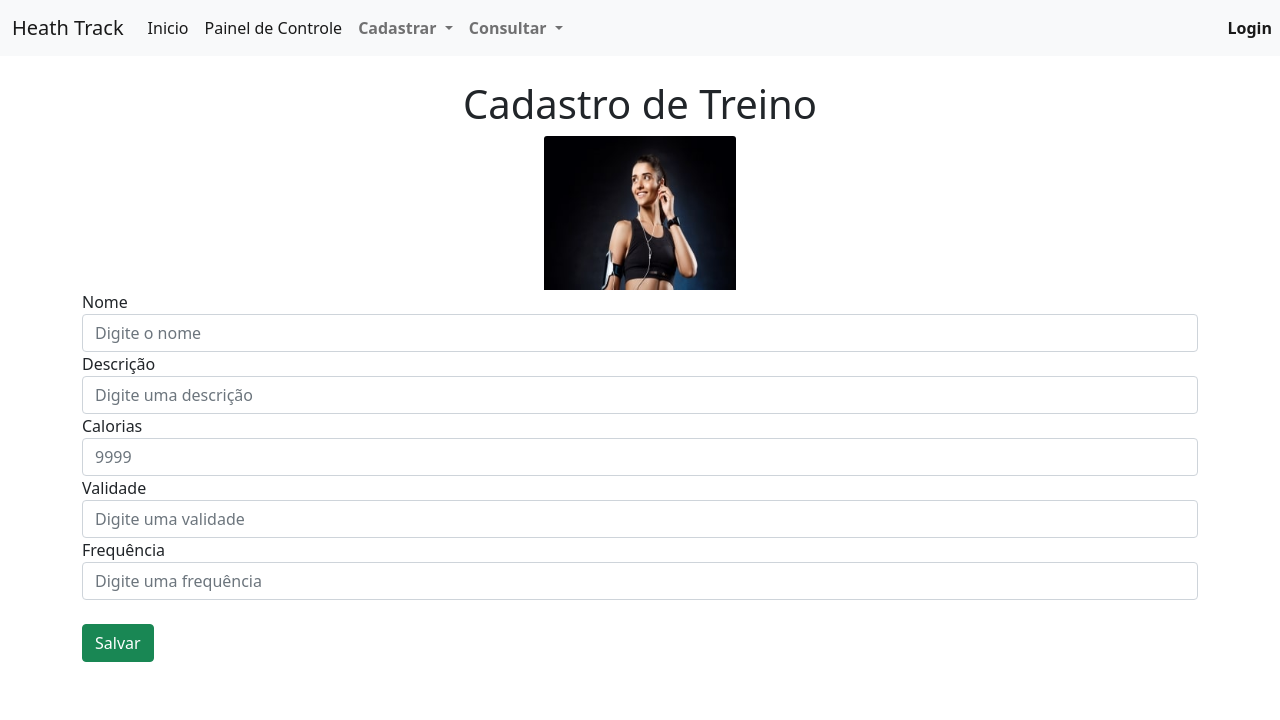
Repository: FellipySantos/HealthTrack_Finalizado
Page: http://localhost/JSPs/cadastro-treino.jsp
These files come from the project's save history. The page is drawn as it stood at one moment and after the next save; the edit follows.
The browser window is 1280 px wide. The pictures show the whole page.
The page is served by Tomcat 9.

Above is the page before, as saved 2021-11-22 23:57:00.

After the next save:
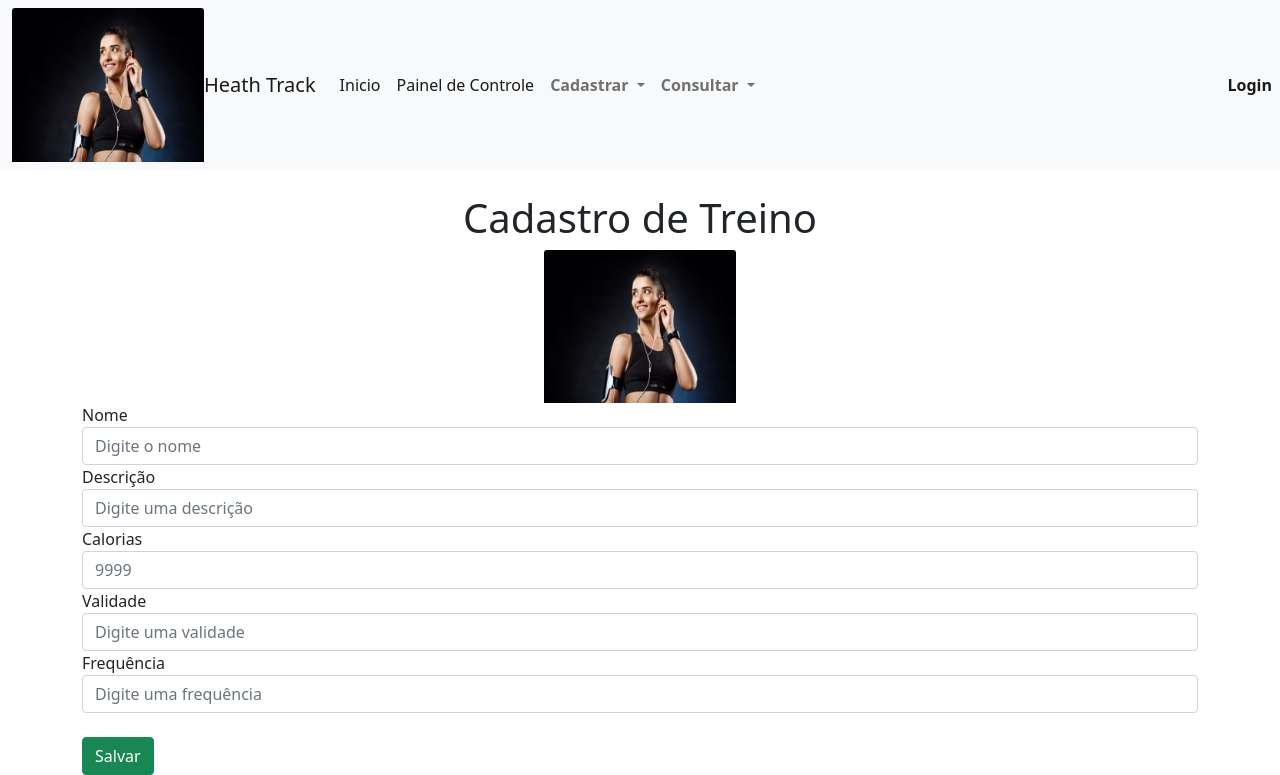
Saved 96 s later.
--- a/JSP/JSPs/WebContent/menu.jsp
+++ b/JSP/JSPs/WebContent/menu.jsp
@@ -1,6 +1,7 @@
 
    <nav class="navbar navbar-expand-lg navbar-light bg-light">
         <div class="container-fluid">
+         <img src="resources/img/card_imagem_3.jpg" class="card-img-top" alt="..."  style="width: 12rem;">
           <a class="navbar-brand" href="index.jsp">Heath Track</a>
           <button class="navbar-toggler" type="button" data-bs-toggle="collapse" data-bs-target="#navbarSupportedContent" aria-controls="navbarSupportedContent" aria-expanded="false" aria-label="Toggle navigation">
             <span class="navbar-toggler-icon"></span>

After the save that followed:
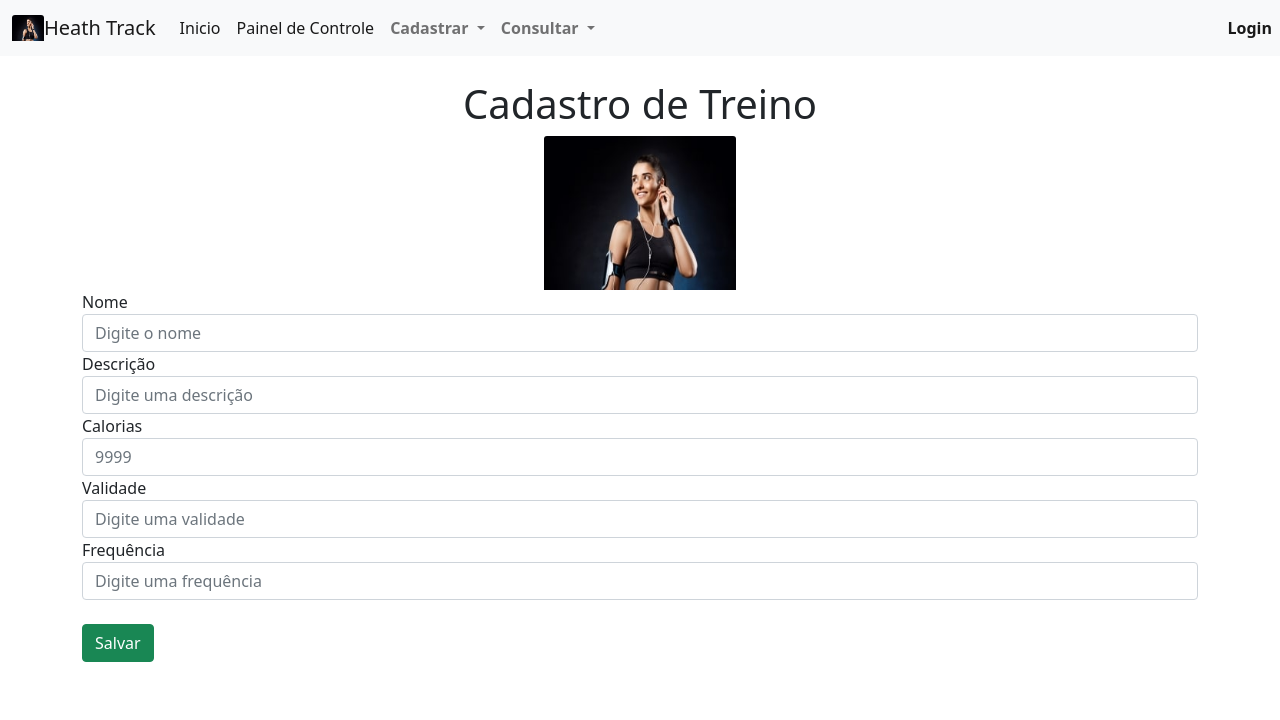
Saved 10 s later.
--- a/JSP/JSPs/WebContent/menu.jsp
+++ b/JSP/JSPs/WebContent/menu.jsp
@@ -1,7 +1,7 @@
 
    <nav class="navbar navbar-expand-lg navbar-light bg-light">
         <div class="container-fluid">
-         <img src="resources/img/card_imagem_3.jpg" class="card-img-top" alt="..."  style="width: 12rem;">
+         <img src="resources/img/card_imagem_3.jpg" class="card-img-top" alt="..."  style="width: 2rem;">
           <a class="navbar-brand" href="index.jsp">Heath Track</a>
           <button class="navbar-toggler" type="button" data-bs-toggle="collapse" data-bs-target="#navbarSupportedContent" aria-controls="navbarSupportedContent" aria-expanded="false" aria-label="Toggle navigation">
             <span class="navbar-toggler-icon"></span>
